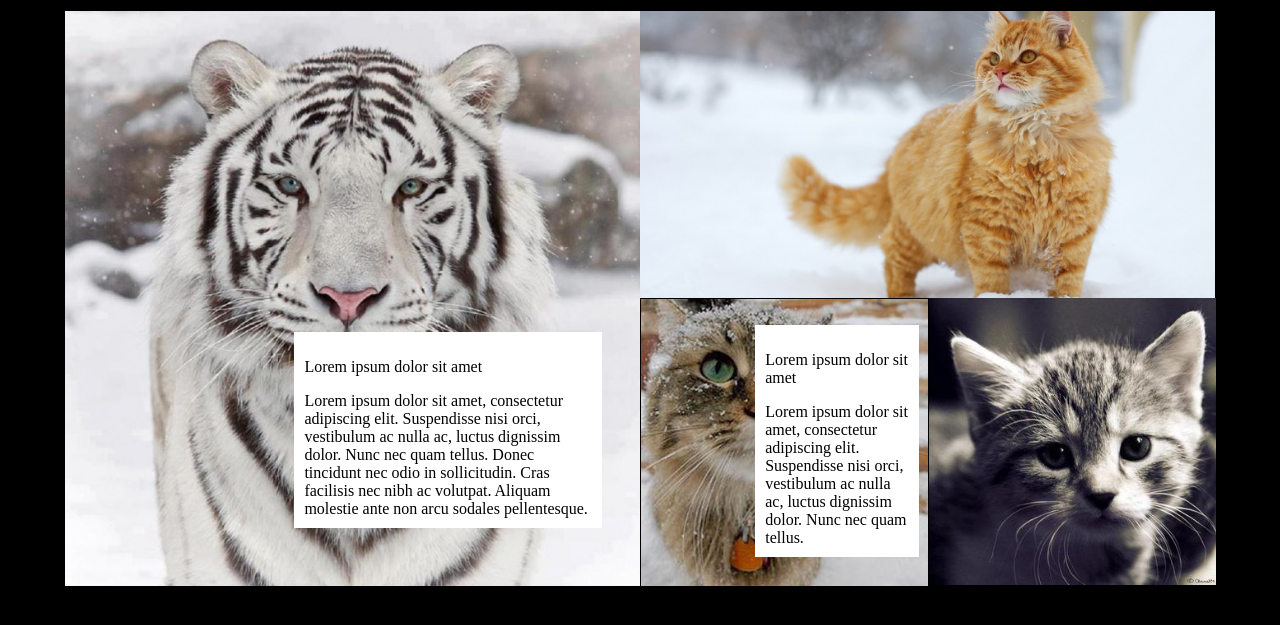
Repository: niebezsensu/Info-Folder
Page: index.html
The author's editor kept a record of every edit. The page is drawn from the files as they stood at one moment, then again after the next edit.
The browser window is 1280 px wide. The pictures show the whole page.

Above is the page before.

After the next edit:
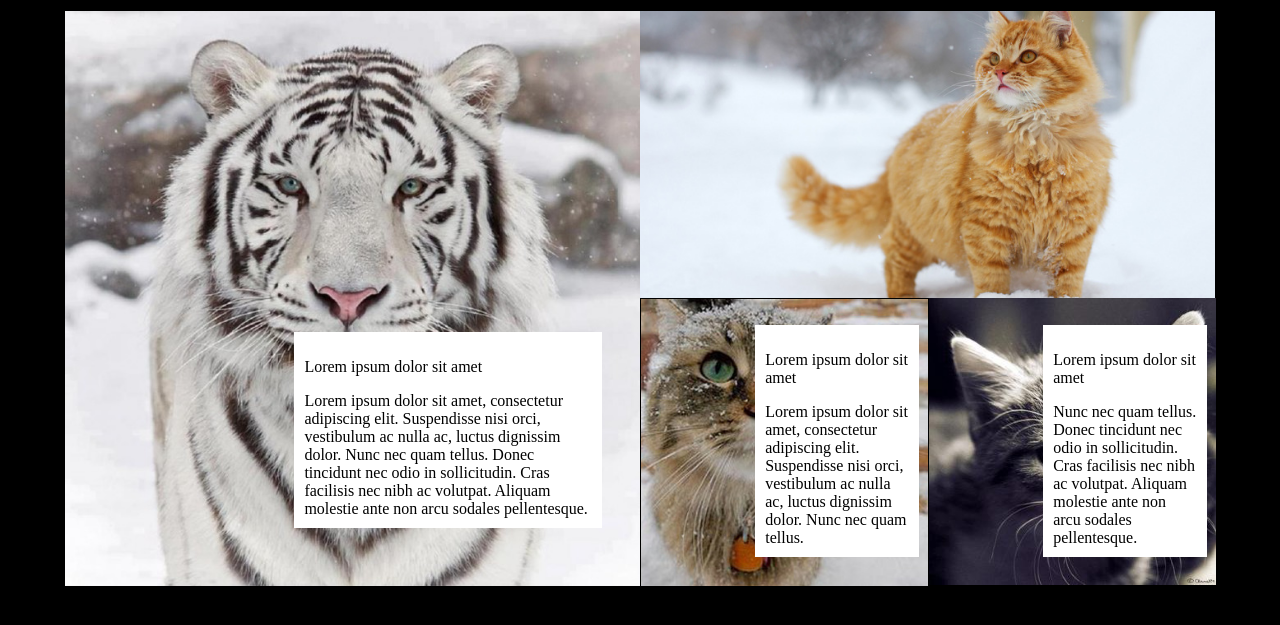
The edit:
--- a/css/folder.css
+++ b/css/folder.css
@@ -128,7 +128,6 @@
 }
 
 .third-spot .content{
-    display:none;
     position: absolute;
     width: 50%;
     bottom: 10%;
